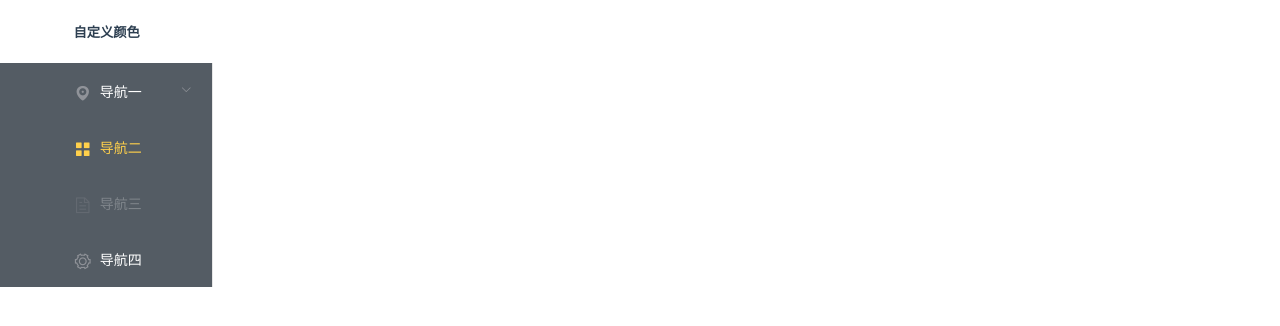
Repository: cjl0805/graduation-design-front
Page: /back/home
An editor plug-in stored every save of this project. The page is shown before and after the next save, followed by the edit.
The browser window is 1280 px wide. The pictures show the whole page.
The project was rebuilt for these pictures with package versions that can differ from the ones it lists, and the page was loaded fresh each time. Also part of the build but not shown: vue.config.js, src/components/RotationChart.vue, src/components/NavigationBar.vue, src/components/HairStylist.vue, src/components/HairStyle.vue, src/views/font/HairStyleView.vue, src/views/font/HairStylistView.vue, src/views/font/HomeView.vue and 13 more.

Above is the page before, as saved 2023-04-17 16:25:17.

### src/main.js
import Vue from 'vue'
import App from './App.vue'
import router from './router'
import ElementUI from 'element-ui'
import 'element-ui/lib/theme-chalk/index.css'
import axios from 'axios'
import VueAxios from 'vue-axios'
Vue.use(VueAxios, axios);
axios.interceptors.request.use(
  config => {
    if (localStorage.getItem('token')) {
      config.headers.token = localStorage.getItem('token');
    }
    return config;
  },
  error => {
    return Promise.reject(error);
  }
);

axios.interceptors.response.use(
  res => {
    if (res.data.code === 501) {
      console.log(res.data);
      alert("登录已过期，请重新登录！");
      window.localStorage.removeItem('token');
      window.localStorage.removeItem('username');
      location.reload();
    }
    return res;
  }
);

Vue.config.productionTip = false
Vue.use(ElementUI)
new Vue({
  router,
  render: h => h(App)
}).$mount('#app')

### src/router/index.js
import Vue from 'vue'
import VueRouter from 'vue-router'
import HairStyleView from '../views/font/HairStyleView.vue'
import HairStylistView from '../views/font/HairStylistView.vue'
import HomeView from '../views/font/HomeView.vue'
import login from '../views/font/login.vue'
import register from '../views/font/register.vue'
import PersonalInfo from '../views/font/PersonalInfo.vue'
import appointment from '../views/font/AppointmentView.vue'
import pay from '../views/font/PayView.vue'
import MainView from '../views/back/MainView.vue'

Vue.use(VueRouter)

const routes = [{
    path: '/',
    name: 'home',
    component: HomeView
  },
  {
    path: '/hairstyle',
    name: 'hairstyle',
    component: HairStyleView
  },
  {
    path: '/hairstylist',
    name: 'hairstylist',
    component: HairStylistView
  },
  {
    path: '/about',
    name: 'about',
    // route level code-splitting
    // this generates a separate chunk (about.[hash].js) for this route
    // which is lazy-loaded when the route is visited.
    component: () => import( /* webpackChunkName: "about" */ '../views/AboutView.vue')
  },
  {
    path: '/login',
    name: 'login',
    component: login
  },
  {
    path: '/register',
    name: 'register',
    component: register
  },
  {
    path: '/PersonalInfo',
    name: 'PersonalInfo',
    component: PersonalInfo,
  },
  {
    path: '/appointment',
    name: 'appointment',
    component: appointment
  },
  {
    path: '/pay',
    name: 'pay',
    component: pay
  },
  {
    path: '/back/home',
    name: 'MainView',
    component: MainView
  },
]

const router = new VueRouter({
  mode: 'history',
  base: process.env.BASE_URL,
  routes
})

// 导航守卫
// 使用 router.beforeEach 注册一个全局前置守卫，判断用户是否登陆
router.beforeEach((to, from, next) => {
  if (to.path === '/PersonalInfo' || to.path === '/appointment' || to.path === '/MessageCenter' || to.path === '/pay') {
    let token = localStorage.getItem('token');
    if (token === null || token === '') {
      next('/login');
    } else {
      next();
    }
  } else {
    next();
  }
});

export default router

### src/views/back/MainView.vue
<template>
  <el-col :span="4">
    <h5>自定义颜色</h5>
    <el-menu
      default-active="2"
      class="el-menu-vertical-demo"
      @open="handleOpen"
      @close="handleClose"
      background-color="#545c64"
      text-color="#fff"
      active-text-color="#ffd04b"
    >
      <el-submenu index="1">
        <template slot="title">
          <i class="el-icon-location"></i>
          <span>导航一</span>
        </template>
        <el-menu-item-group>
          <template slot="title">分组一</template>
          <el-menu-item index="1-1">选项1</el-menu-item>
          <el-menu-item index="1-2">选项2</el-menu-item>
        </el-menu-item-group>
        <el-menu-item-group title="分组2">
          <el-menu-item index="1-3">选项3</el-menu-item>
        </el-menu-item-group>
        <el-submenu index="1-4">
          <template slot="title">选项4</template>
          <el-menu-item index="1-4-1">选项1</el-menu-item>
        </el-submenu>
      </el-submenu>
      <el-menu-item index="2">
        <i class="el-icon-menu"></i>
        <span slot="title">导航二</span>
      </el-menu-item>
      <el-menu-item index="3" disabled>
        <i class="el-icon-document"></i>
        <span slot="title">导航三</span>
      </el-menu-item>
      <el-menu-item index="4">
        <i class="el-icon-setting"></i>
        <span slot="title">导航四</span>
      </el-menu-item>
    </el-menu>
  </el-col>
</template>

<script>
export default {
  methods: {
    handleOpen(key, keyPath) {
      console.log(key, keyPath);
    },
    handleClose(key, keyPath) {
      console.log(key, keyPath);
    },
  },
};
</script>

<style></style>

Loaded but not shown: public/index.html (common file); src/App.vue (common file)

After the next save:
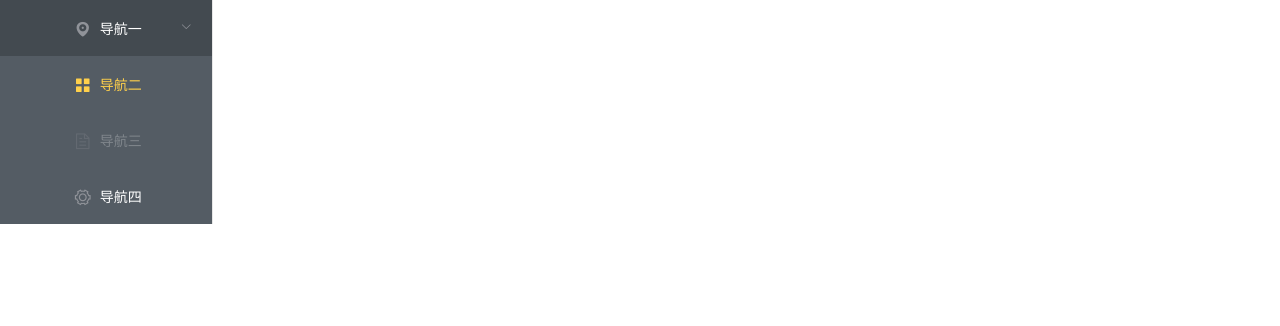
Saved 8 s later.
--- a/src/views/back/MainView.vue
+++ b/src/views/back/MainView.vue
@@ -1,6 +1,5 @@
 <template>
   <el-col :span="4">
-    <h5>自定义颜色</h5>
     <el-menu
       default-active="2"
       class="el-menu-vertical-demo"
